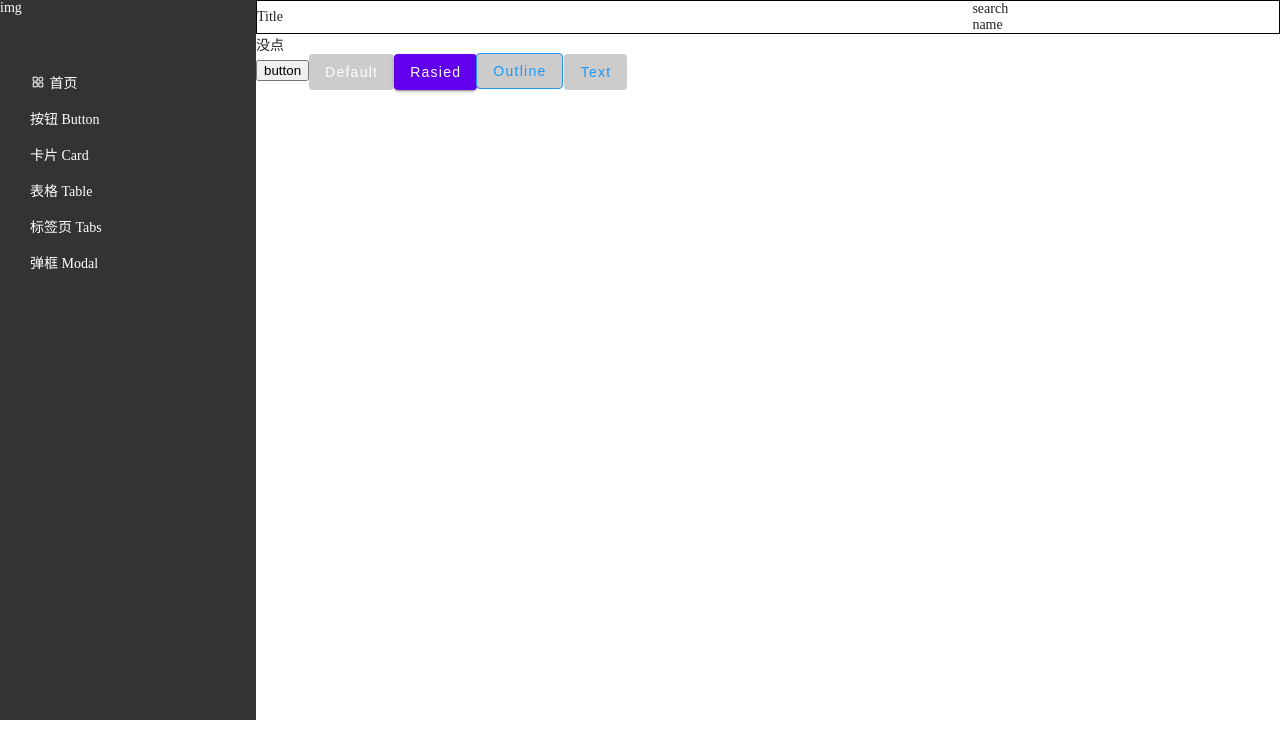
Repository: wyhsunflower/koalaUI
Page: /
These files come from the project's save history. The page is drawn as it stood at one moment and after the next save; the edit follows.
The browser window is 1280 px wide. The pictures show the whole page.
The project was rebuilt for these pictures with package versions that can differ from the ones it lists, and the page was loaded fresh each time. Also part of the build but not shown: webpack.config.js, src/components/Modal/Modal.vue. Imported but missing from the stored project, and not drawn on this page: src/views/go/go2.vue.

Above is the page before, as saved 2020-03-13 21:58:10.

### index.html
<!DOCTYPE html>
<html lang="en">
<head>
    <meta charset="UTF-8">
    <title>koala's UI</title>
</head>
<body>
<div id="app"></div>
</body>
</html>

### src/index.js
import Vue from 'vue';
import App from './app';
import './components/components.js'
import './styles/global.scss';
import './styles/iconfont/icon.scss'
import router from './router/route';


new Vue({
    router,
    render(h) {
        return h(App);
    }
}).$mount('#app');

### src/app.vue
<template>
    <div id="app" class="container">
        <SideBar></SideBar>
        <div class="right">
            <Header></Header>
            <div class="main">
                <transition>
                 <router-view></router-view>
                </transition>
            </div>
        </div>
    </div>
</template>
<script>
    import SideBar from './SideBar';
    import Header from './Header';
    export default {
        name: "app",
        components:{
            SideBar,
            Header
        },
    }
</script>

<style lang="scss" scoped>
    @import "styles/global";
    .container{
        width: 100%;
        display: flex;
        flex-flow: row nowrap;
        height: 100%;
    }
    .right{
        width: 80%;
        height: 100%;
    }
        .main{
            width: 100%;
            height: 100%;
        }
</style>

### src/components/components.js
import Vue from 'vue'
import Button from './Button/Button';
import Modal from './Modal/Modal';

Vue.component('Button',Button);
Vue.component('Modal',Modal);

### src/styles/global.scss
$font-color: rgba(0,0,0, 0.87);
$color-btn-default:#ccc;
$color-btn-primary:#2196f3;
$color-btn-custom:#6200ee;
* {
    box-sizing: border-box;
}
html, body {
    margin: 0;
    padding: 0;
    font-size: 14px;
}
html{
    width: 100%;
    height: 100%;
    outline: none;
    font-size: 14px;
}
body {
    color: $font-color;
    font-size: 14px;
    height: 100%;
    width: 100%;
}
.koala-button{

    -moz-osx-font-smoothing: grayscale;
    -webkit-font-smoothing: antialiased;
    font-size: 1rem;
    line-height: 2.25rem;
    font-weight: 500;
    letter-spacing: .0892857143em;
    text-decoration: none;
    display: inline-flex;
    position: relative;
    align-items: center;
    justify-content: center;
    box-sizing: border-box;
    min-width: 64px;
    border: none;
    outline: none;
    line-height: 1;
    -webkit-user-select: none;
    -moz-user-select: none;
    -ms-user-select: none;
    user-select: none;
    -webkit-appearance: none;
    overflow: visible;
    vertical-align: middle;
    border-radius: 4px;
    cursor: pointer;

    padding: 0 1.145rem;
    min-width: 4.5rem;
    color: #fff;
    height: 2.572rem;
}

### src/styles/iconfont/icon.scss
@font-face {font-family: "iconfont";
  src: url('./iconfont.eot?t=1575969178796'); /* IE9 */
  src: url('./iconfont.eot?t=1575969178796#iefix') format('embedded-opentype'), /* IE6-IE8 */
       url('./iconfont.woff?t=1575969178796') format('woff'),
       url('./iconfont.ttf?t=1575969178796') format('truetype'), /* chrome, firefox, opera, Safari, Android, iOS 4.2+ */
       url('./iconfont.svg?t=1575969178796#iconfont') format('svg'); /* iOS 4.1- */
}
.iconfont {
  font-family: "iconfont" !important;
  font-size: 16px;
  font-style: normal;
  -webkit-font-smoothing: antialiased;
  -moz-osx-font-smoothing: grayscale;
}
.icon-all:before {
  content: "\e6ef";
}

### src/router/route.js
import Router from 'vue-router';
import Vue from 'vue';
//import Home from '../app';
//import Button from '../components/Button/Button';
import Home from '../views/home';


const routerListDir=[];

function importAllRouter(r) {
    r.keys().forEach(
        (key)=>routerListDir.push(r(key).default)
    )
}

importAllRouter(require.context('../router',true,/\.router\.js/));
Vue.use(Router);
console.log(routerListDir);

export default new Router({
    routes: [
        ...routerListDir,
        { path: '/',component:Home},
        //{ path: '/button',component:Button},
    ]
});

### src/SideBar.vue
<template>
    <div class="side">
        <div class="top">
            <div>img</div>
            <!--<img src="./static/img/logo.jpg">-->
        </div>
        <ul class="side-list">
            <li v-for="x of lists">
                <i class="iconfont" :class="x.icon"></i>
                {{x.name}}
            </li>
        </ul>
    </div>
</template>

<script>
    export default {
        name: "SideBar",
        data(){
            return{
                lists:[
                    {
                        name:'首页',
                        icon:'icon-all',
                    },
                    {
                        name:'按钮 Button',
                        icon:'button',
                    },
                    {
                        name:'卡片 Card',
                        icon:'card',
                    },
                    {
                        name:'表格 Table',
                        icon:'table',
                    },
                    {
                        name:'标签页 Tabs',
                        icon:'tabs',
                    },
                    {
                        name:'弹框 Modal',
                        icon:'modal',
                    },
                ],
            }
        },
    }
</script>

<style lang="scss" scoped>
    .side {
        max-width: 300px;
        width: 20%;
        background: rgba(0,0,0,.8);
        height: 100%;
        color: #fff;
    }
    .top {
        height: 50px;
    }
    ul{
        list-style: none;
        padding: 0;
    }
    li{
        padding: 8px 30px;
        &:hover{background: rgba(0,0,0,.2);}
    }
</style>

### src/Header.vue
<template>
    <div class="header">
        <div class="title">Title</div>
        <div class="right">
            <div class="search">search</div>
            <div class="config">name</div>
        </div>
    </div>
</template>

<script>
    export default {
        name: "Header"
    }
</script>

<style lang="scss" scoped>
    .header{
        width: 100%;
        display: flex;
        justify-content: space-between;
        align-items: center;
        border: 1px solid #000;
    }
    .title{
        width: 60%;
    }
    .right{
        width: 30%;
    }
</style>

### src/components/Button/Button.vue
<template>
    <component
            class="koala-button"
            :class="buttonType"
            is="button"
            @click="onClick"
    >
        <slot></slot>
    </component>
</template>

<script>
    //type color icon
    export default {
        name: "Button",
        // ['type','color','diabled','size'],
        props: {
            type:{
                type: String,
                default:'default', // 'default', 'rasied , 'text', 'outline'
            },
            color:{
                type: String,
                default: 'default', // 'default', 'primary', 'custom'
            },
            size:{
                type: String,
                default: 'normal' // 'small', 'normal', 'large','custom'
            },
            disabled: {
                type: Boolean,
                default: false
            }
        },
        data(){
            return{
            }
        },
        components:{

        },
        computed:{
            buttonType(){
                return [
                    `koala-button-${this.type}`,
                    `koala-button-color-${this.color}`,
                    ]
            },
        },
        methods:{
            onClick(e){
                this.$emit('click', e);
            }
        },
        mounted(){
        },
    }
</script>

<style lang="scss" scoped >
    @import "../../styles/global.scss";
// .koala-button{
//     background-color:#ccc;
//     min-width: 4.5rem;
//     border-radius: .25rem;
//     color: #fff;
//     font-size: .875rem;
//     font-weight: 300;
//     box-sizing: border-box;
//     position: relative;
//     -webkit-user-select: none;
//     -moz-user-select: none;
//     -ms-user-select: none;
//     user-select: none;
//     cursor: pointer;
//     outline: none;
//     border: none;
//     -webkit-tap-highlight-color: transparent;
//     display: inline-block;
//     white-space: nowrap;
//     text-decoration: none;
//     vertical-align: baseline;
//     text-align: center;
//     margin: 0;
//     min-width: 64px;
//     line-height: 36px;
//     padding: 0 16px;
//     border-radius: 4px;
//     overflow: visible;
//     transform: translate3d(0, 0, 0);
//     transition: background 400ms cubic-bezier(0.25, 0.8, 0.25, 1),box-shadow 280ms cubic-bezier(0.4, 0, 0.2, 1);
// }
    .koala-button-default{
        box-shadow: 0 0 0 0 rgba(0,0,0,.2), 0 0 0 0 rgba(0,0,0,.14), 0 0 0 0 rgba(0,0,0,.12);
    }
    .koala-button-rasied{
        box-shadow: 0px 3px 1px -2px rgba(0, 0, 0, 0.2), 0px 2px 2px 0px rgba(0, 0, 0, 0.14), 0px 1px 5px 0px rgba(0,0,0,.12);
        transition: box-shadow 280ms cubic-bezier(0.4, 0, 0.2, 1);
    }
    .koala-button-text{
        background-color: transparent;
        color: $color-btn-primary;
    }
    .koala-button-outline{
        top: -1px;
        left: -1px;
        border: 1px solid transparent;
        color:$color-btn-primary;
        border-color: $color-btn-primary;
    }
    .koala-button-color-default{
        background-color:$color-btn-default;
    }
    .koala-button-color-primary{
        background-color:$color-btn-primary;
    }
    .koala-button-color-custom{
        background-color:$color-btn-custom;
    }
</style>

### src/views/home.vue
<template>
    <div class="main-container">
        <div>{{message}}</div>
        <button @click="showModal">button</button>
        <Modal v-if="modal" :self="this" :confirmCallback="confirmWay" :cancelCallback="cancelWay">
            <div>Modal组件</div>
            <div>Modal组件</div>
            <div>Modal组件</div>
            <div>Modal组件</div>
            <div>Modal组件</div>
            <div>Modal组件</div>
        </Modal>
        <Button @click="clicked('default')" type="default" color="default">Default</Button>
        <Button @click="clicked('rasied')" type="rasied" color="custom">Rasied</Button>
        <Button @click="clicked('outline')" type="outline">Outline</Button>
        <Button @click="clicked('text')" type="text">Text</Button>
    </div>
</template>

<script>
    // import Modal from '../components/Modal/Modal.vue'
    // import Button from '../components/Button/Button.vue'
    export default {
        name: "home",
        data(){
            return{
                modal:false,
                message:'没点'
            }
        },
        // components:{
        //     Button
        // },
        methods:{
            showModal(){
                this.modal = true
            },
            confirmWay(){
                this.message = '确定'
            },
            cancelWay(){
                this.message = '取消了'
            },
            clicked(name){
                alert(name)
            },
        },
    }
</script>

<style scoped>

</style>

### src/router/button.router.js
import Button from '../components/Button/Button';
export default {
    path: '/button',
    name: 'button',
    component:Button,
    children:[]
}

### src/router/modal.router.js
import Modal from '../components/Modal/Modal';
export default {
    path: '/modal',
    name: 'modal',
    component:Modal,
}

### src/router/sample.router.js
import Sample from '../views/go/go2.vue';
export default {
    path: '/sample',
    name: 'sample',
    component:Sample,
}

After the next save:
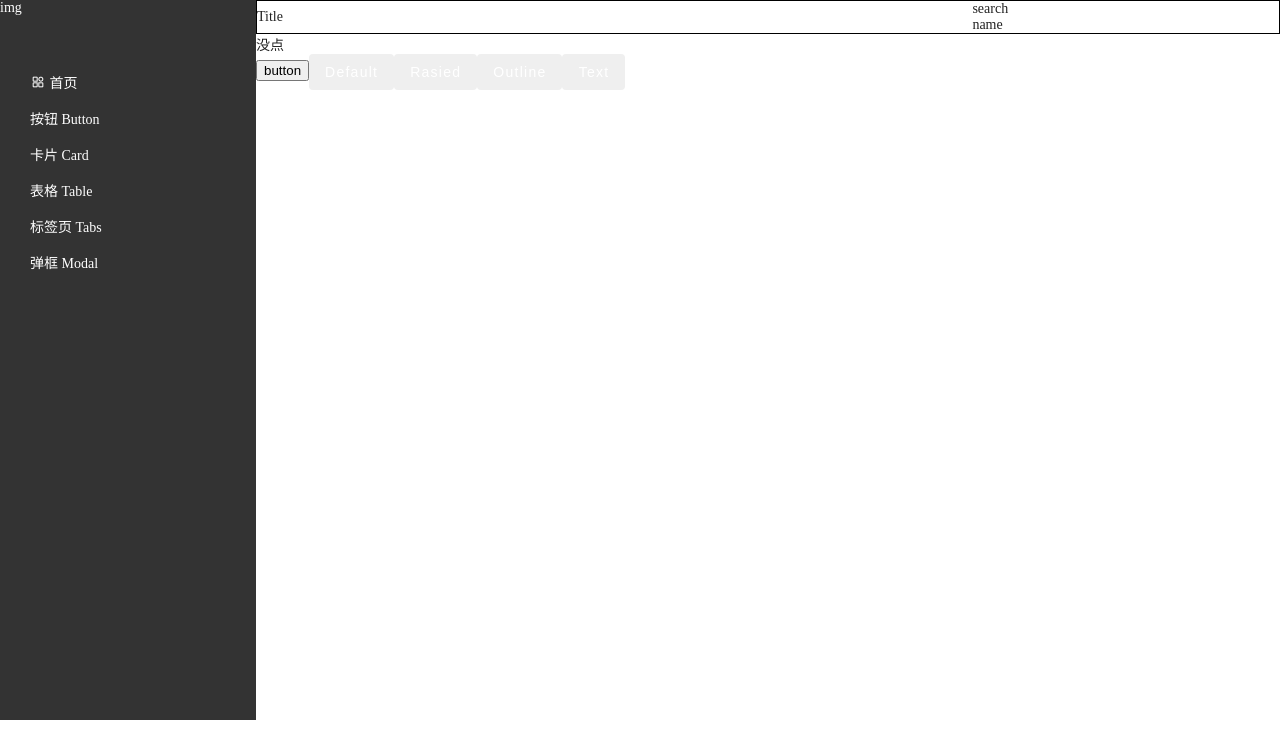
Saved 23 min 37 s later.
--- a/src/components/Button/Button.vue
+++ b/src/components/Button/Button.vue
@@ -41,10 +41,15 @@
         },
         computed:{
             buttonType(){
-                return [
-                    `koala-button-${this.type}`,
-                    `koala-button-color-${this.color}`,
-                    ]
+                const btnClass = {
+                    "outline": [`koala-button-${this.type}`,`koala-button-ouline-color-${this.color}`],
+                    "text": [`koala-button-${this.type}`,`koala-button-text-color-${this.color}`],
+                    "other": [`koala-button-${this.type}`,`koala-button-color-${this.color}`],
+                }
+                // return [
+                //     `koala-button-${this.type}`,
+                //     `koala-button-color-${this.color}`,
+                //     ]
             },
         },
         methods:{
